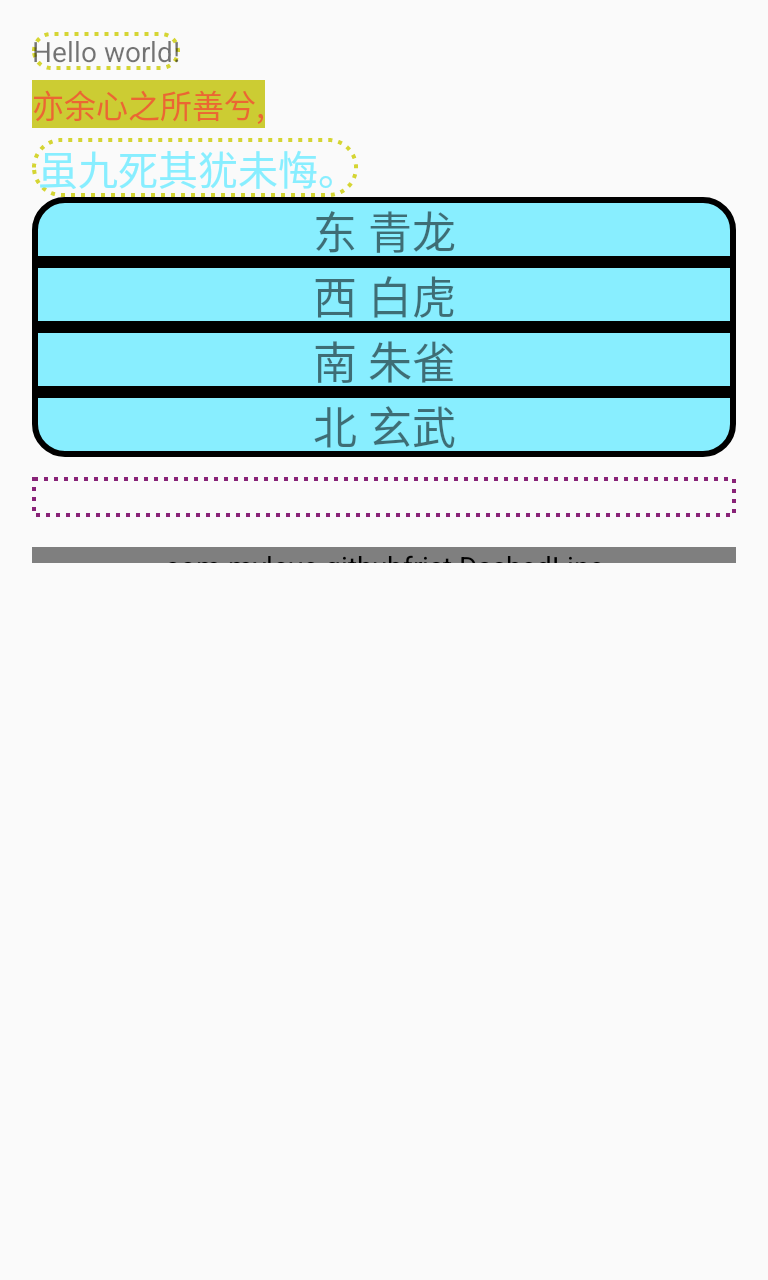
Repository: duhei/cici
Layout: GitHubFrist/res/layout/activity_main.xml
The author's editor kept a copy of each file at every save. The layout is drawn from the files as they stood at one save, then again after the next save.
Pictures or frames that could not be fetched are drawn as grey boxes. It is drawn on a 768 x 1280 px phone screen (xhdpi) without system bars, with theme AppTheme; the app's code is not run.

Above is the layout before, as saved 2015-07-10 09:35:43.

### GitHubFrist/res/layout/activity_main.xml
<LinearLayout xmlns:android="http://schemas.android.com/apk/res/android"
    xmlns:tools="http://schemas.android.com/tools"
    android:layout_width="match_parent"
    android:layout_height="match_parent"
    android:paddingBottom="@dimen/activity_vertical_margin"
    android:paddingLeft="@dimen/activity_horizontal_margin"
    android:paddingRight="@dimen/activity_horizontal_margin"
    android:paddingTop="@dimen/activity_vertical_margin"
    tools:context="com.mylove.githubfrist.MainActivity"
    android:orientation="vertical"
    >

    <TextView
        android:layout_width="wrap_content"
        android:layout_height="wrap_content"
        android:text="@string/hello_world"
        android:background="@drawable/corner_shape"
        />

    <TextView
        style="@style/warp_content"
        android:text="@string/lisao1"
        android:background="#FFCCCC33"
        android:textColor="#99FF2233"
        android:textSize="16dp"
        />

    <TextView
        style="@style/warp_textCol"
        android:layout_width="wrap_content"
        android:layout_height="wrap_content"
        android:background="@drawable/corner_shape"
        android:paddingLeft="3dp"
        android:text="@string/lisao2" />

    <TextView
        android:layout_width="match_parent"
        android:layout_height="wrap_content"
        android:background="@drawable/con_shape_top"
        android:text="@string/east"
        android:textSize="22dp"
        android:gravity="center"

        />

    <TextView
        android:layout_width="match_parent"
        android:layout_height="wrap_content"
        android:text="@string/west"
        android:textSize="22dp"
        android:gravity="center"
        android:background="@drawable/stroke_shape"
        />

    <TextView
        android:layout_width="match_parent"
        android:layout_height="wrap_content"
        android:text="@string/south"
        android:textSize="22dp"
        android:gravity="center"
        android:background="@drawable/stroke_shape"
        />

    <TextView
        android:layout_width="match_parent"
        android:layout_height="wrap_content"
        android:background="@drawable/con_shape_bottom"
        android:text="@string/nouth"
        android:textSize="22dp"
        android:gravity="center"
        />

    <TextView
       	android:layout_width="match_parent"
       	android:layout_height="20dp"
       	android:layout_marginTop="10dp"
       	android:background="@drawable/line_shape"
        />

    <ImageView
        android:layout_marginTop="15dp"
        android:layout_width="match_parent"
        android:layout_height="wrap_content"
        android:background="@drawable/line_shape"
        android:src=""

        />

    <com.mylove.githubfrist.DashedLine
        android:layout_width="match_parent"
        android:layout_height="8dp"
        ></com.mylove.githubfrist.DashedLine>

</LinearLayout>

### GitHubFrist/res/values/strings.xml
<?xml version="1.0" encoding="utf-8"?>
<resources>

    <string name="app_name">GitHubFrist</string>
    <string name="hello_world">Hello world!</string>
    <string name="action_settings">Settings</string>

    <string name="lisao1">亦余心之所善兮,</string>
    <string name="lisao2">虽九死其犹未悔。</string>

    <string name="east">东 青龙</string>
    <string name="west">西 白虎</string>
    <string name="south">南 朱雀</string>
    <string name="nouth">北 玄武</string>
</resources>

### GitHubFrist/res/drawable-hdpi/corner_shape.xml
<?xml version="1.0" encoding="utf-8"?>
<shape xmlns:android="http://schemas.android.com/apk/res/android" >

    <corners android:radius="20dp"/>

    <stroke android:width="2dp"
        android:dashGap="3dp"
        android:dashWidth="2dp"
        android:color="#FFD5D533"/>

</shape>

### GitHubFrist/res/drawable-hdpi/con_shape_top.xml
<?xml version="1.0" encoding="utf-8"?>
<shape xmlns:android="http://schemas.android.com/apk/res/android" >

    <corners android:topLeftRadius="15dp"
        android:topRightRadius="15dp"
        android:bottomLeftRadius="0dp"
        android:bottomRightRadius="0dp"
        />

    <gradient android:startColor="#FF88EEFF"
        android:centerColor="#FF88EEFF"
        android:endColor="#FF88EEFF"/>

    <stroke android:width="3dp"
        android:color="#FF000000"/>

</shape>

### GitHubFrist/res/drawable-hdpi/stroke_shape.xml
<?xml version="1.0" encoding="utf-8"?>
<shape xmlns:android="http://schemas.android.com/apk/res/android" >

    <stroke
        android:width="3dp"
        android:color="#FF000000"
        />

    <gradient
        android:startColor="#FF88EEFF"
        android:endColor="#FF88EEFF"
        />

</shape>

### GitHubFrist/res/drawable-hdpi/con_shape_bottom.xml
<?xml version="1.0" encoding="utf-8"?>
<shape xmlns:android="http://schemas.android.com/apk/res/android"
    android:shape="rectangle">

    <corners android:topLeftRadius="0dp"
        android:topRightRadius="0dp"
        android:bottomLeftRadius="15dp"
        android:bottomRightRadius="15dp"
        />

    <gradient android:startColor="#FF88EEFF"
        android:centerColor="#FF88EEFF"
        android:endColor="#FF88EEFF"/>

    <stroke android:width="3dp"
        android:color="#FF000000"/>
</shape>

### GitHubFrist/res/drawable-hdpi/line_shape.xml
<?xml version="1.0" encoding="utf-8"?>
<shape xmlns:android="http://schemas.android.com/apk/res/android" >

    <stroke
        android:width="2dp"
        android:color="#FF882277"
        android:dashGap="3dp"
        android:dashWidth="2dp"
        />

</shape>

Loaded but not shown: GitHubFrist/res/values/styles.xml (common file); GitHubFrist/res/values-v11/styles.xml (common file); GitHubFrist/res/values-v14/styles.xml (common file); GitHubFrist/res/values/dimens.xml (common file); GitHubFrist/res/values-w820dp/dimens.xml (common file)

After the next save:
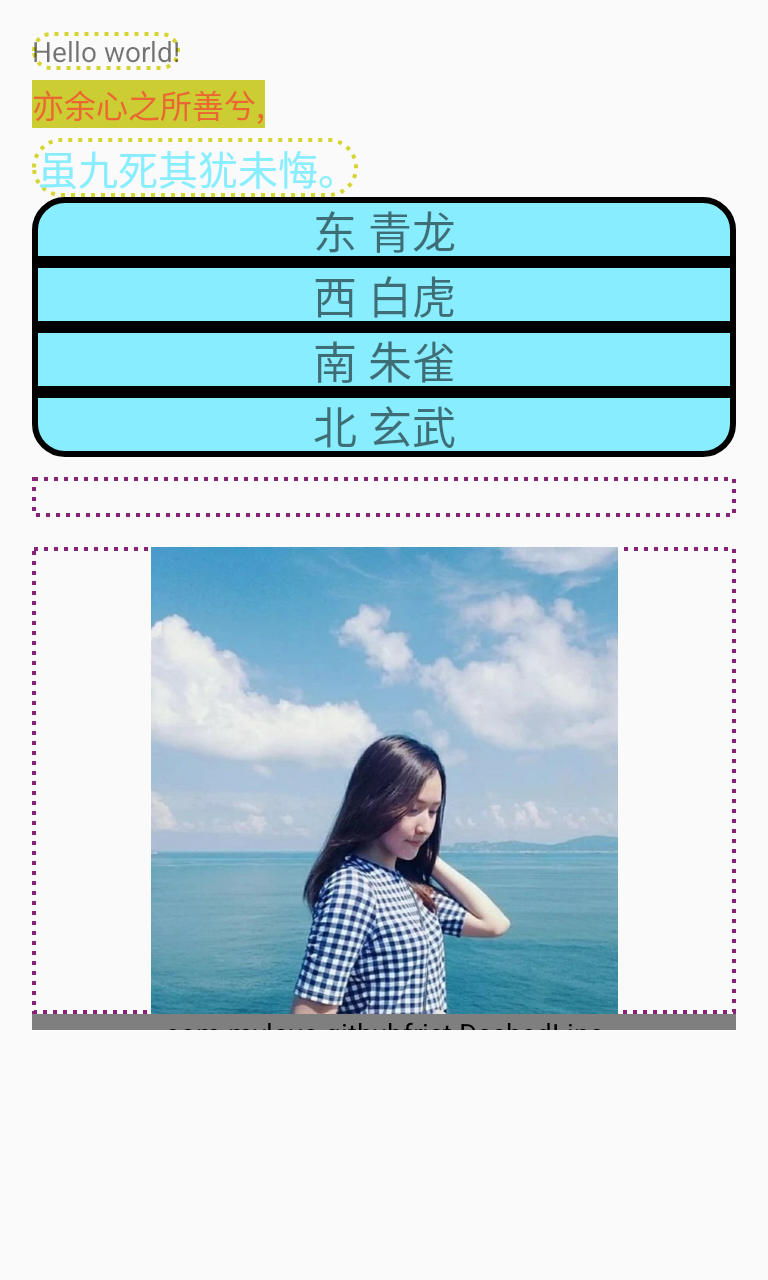
Saved 11 s later.
--- a/GitHubFrist/res/layout/activity_main.xml
+++ b/GitHubFrist/res/layout/activity_main.xml
@@ -82,7 +82,7 @@
         android:layout_width="match_parent"
         android:layout_height="wrap_content"
         android:background="@drawable/line_shape"
-        android:src=""
+        android:src="@drawable/meinv09"
 
         />
 
